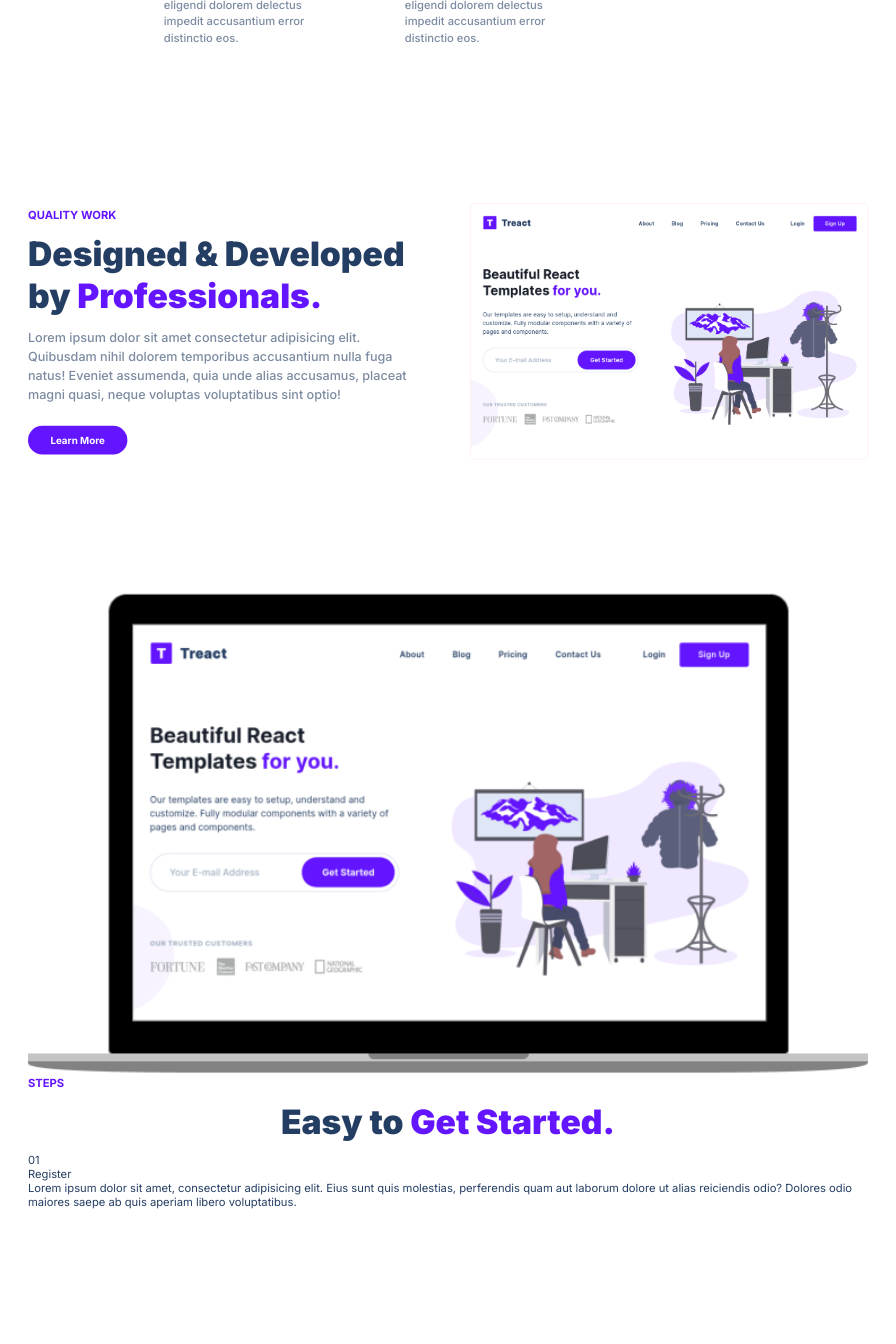
Repository: avivanguyen/m2_fianlProject
Page: index.html
The author's editor kept a copy of each file at every save. The page is drawn from the files as they stood at one save, then again after the next save.
The browser window is 1280 px wide. The pictures show the part of the page from y = 2045 to 3965 px (the page is 3965 px tall before and 3945 px after), at 70% of full size.
Some web libraries are served in a nearby version.

Above is the page before, as saved 2025-12-09 02:21:51.

### index.html
<!DOCTYPE html>
<html lang="en">
<head>
    <meta charset="UTF-8">
    <meta name="viewport" content="width=device-width, initial-scale=1.0">
    <title>Styling Project</title>
    <link rel="stylesheet" href="styles.css">
    <script src="https://kit.fontawesome.com/2588cf0bac.js" crossorigin="anonymous"></script>
</head>
<body>
    <section id="landing">
        <nav>
            <div class="row nav__row">
                <div class="nav__logo">
                    <img src="./assets/logo.2c489fc453a1783cbadacf914efa3df6.svg" alt="logo" class="nav__logo--img">
                    <div class="nav__logo--title">
                        Treact
                    </div>
                </div>
                <div class="nav__links">
                    <a href="" class="nav__link">About</a>
                    <a href="" class="nav__link">Blog</a>
                    <a href="" class="nav__link">Pricing</a>
                    <a href="" class="nav__link">Contact Us</a>
                    <a href="" class="nav__link login">Login</a>
                    <a href="" class="nav__link nav__link--primary">Sign Up</a>
                </div>
            </div>
        </nav>

        <header class="container">
            <div class="row">
                <div class="header__description">
                    <h1>
                        Beautiful React Templates <span class="purple">for you.</span>
                    </h1>
                    <div class="header__description--para">
                        Our templates are easy to setup, understand and customize. Fully modular components with a variety of pages and components.
                    </div>
                    <div class="header__email">
                        <input type="text" class="header__email--input" placeholder="Your E-mail Address">
                        <button class="header__email--btn">Get Started</button>
                    </div>
                    <p class="header__customers--title">OUR TRUSTED CUSTOMERS</p>
                    <img src="./assets/customers-logo-strip.680ac7c2e8ae28161d2c.png" class="header__customers" alt="logos">
                </div>

                <figure class="header__img--wrapper">
                    <img src="./assets/design-illustration-2.6da6a00b20c07c4a9b65d1870679e1b8.svg" alt="hero image" class="header__img">
                </figure>
            </div>
        </header>
    </section>

    <main>
        <section id="features">
            <div class="container">
                <div class="row">
                    <h4 class="section__tag">FEATURES</h4>
                    <h2 class="section__title">
                        We Have Amazing <span class="purple">Service.</span>
                    </h2>
                    <div class="section__para">
                        Lorem ipsum dolor sit amet consectetur adipisicing elit. Maxime facilis assumenda architecto aliquam. Consequatur vero dolorum ut aspernatur quae beatae voluptates quam, nulla assumenda doloremque voluptatum laboriosam dolor unde rem.
                    </div>
                    <div class="features">
                        <div class="feature__row">
                            <figure class="feature__img--wrapper">
                                <img src="./assets/shield-icon.daefe14b320b14fbd9cbd18908ac93ec.svg" alt="" class="feature__img">
                            </figure>
                            <div class="feature__text">
                                <h2 class="feature__title">Secure</h2>
                                <p class="feature__para">
                                    Lorem ipsum dolor sit amet consectetur adipisicing elit. Ea veritatis delectus nihil maxime ipsam hic odio reprehenderit error. Voluptatum, nulla. Quibusdam provident eligendi dolorem delectus impedit accusantium error distinctio eos.
                                </p>
                            </div>
                        </div>
                        <div class="feature__row">
                            <figure class="feature__img--wrapper">
                                <img src="./assets/support-icon.f9253ffa8cb6ffde5bbaa05eb5136375.svg" alt="" class="feature__img">
                            </figure>
                            <div class="feature__text">
                                <h2 class="feature__title">24/7 Support</h2>
                                <p class="feature__para">
                                    Lorem ipsum dolor sit amet consectetur adipisicing elit. Ea veritatis delectus nihil maxime ipsam hic odio reprehenderit error. Voluptatum, nulla. Quibusdam provident eligendi dolorem delectus impedit accusantium error distinctio eos.
                                </p>
                            </div>
                        </div>
                        <div class="feature__row">
                            <figure class="feature__img--wrapper">
                                <img src="./assets/customize-icon.367468c90fd796009b97fbfba67b2c6a.svg" alt="" class="feature__img">
                            </figure>
                            <div class="feature__text">
                                <h2 class="feature__title">Customizable</h2>
                                <p class="feature__para">
                                    Lorem ipsum dolor sit amet consectetur adipisicing elit. Ea veritatis delectus nihil maxime ipsam hic odio reprehenderit error. Voluptatum, nulla. Quibusdam provident eligendi dolorem delectus impedit accusantium error distinctio eos.
                                </p>
                            </div>
                        </div>
                        <div class="feature__row">
                            <figure class="feature__img--wrapper">
                                <img src="./assets/reliable-icon.1367510a8f0a1bec76dc425d25f92f43.svg" alt="" class="feature__img">
                            </figure>
                            <div class="feature__text">
                                <h2 class="feature__title">Reliable</h2>
                                <p class="feature__para">
                                    Lorem ipsum dolor sit amet consectetur adipisicing elit. Ea veritatis delectus nihil maxime ipsam hic odio reprehenderit error. Voluptatum, nulla. Quibusdam provident eligendi dolorem delectus impedit accusantium error distinctio eos.
                                </p>
                            </div>
                        </div>
                        <div class="feature__row">
                            <figure class="feature__img--wrapper">
                                <img src="./assets/fast-icon.dbb971a73d4805d2fc3bcdacdb55beba.svg" alt="" class="feature__img">
                            </figure>
                            <div class="feature__text">
                                <h2 class="feature__title">Fast</h2>
                                <p class="feature__para">
                                    Lorem ipsum dolor sit amet consectetur adipisicing elit. Ea veritatis delectus nihil maxime ipsam hic odio reprehenderit error. Voluptatum, nulla. Quibusdam provident eligendi dolorem delectus impedit accusantium error distinctio eos.
                                </p>
                            </div>
                        </div>
                        <div class="feature__row">
                            <figure class="feature__img--wrapper">
                                <img src="./assets/simple-icon.673b7e1750b2a4ef32907fc164828d00.svg" alt="" class="feature__img">
                            </figure>
                            <div class="feature__text">
                                <h2 class="feature__title">Easy</h2>
                                <p class="feature__para">
                                    Lorem ipsum dolor sit amet consectetur adipisicing elit. Ea veritatis delectus nihil maxime ipsam hic odio reprehenderit error. Voluptatum, nulla. Quibusdam provident eligendi dolorem delectus impedit accusantium error distinctio eos.
                                </p>
                            </div>
                        </div>
                    </div>
                </div>
            </div>
        </section>

        <section id="quality">
            <div class="container">
                <div class="row">
                    <div class="quality__description">
                        <div class="section__tag">QUALITY WORK</div>
                        <h2 class="section__title">Designed & Developed by <span class="purple">Professionals.</span> </h2>
                        <p class="section__para">
                            Lorem ipsum dolor sit amet consectetur adipisicing elit. Quibusdam nihil dolorem temporibus accusantium nulla fuga natus! Eveniet assumenda, quia unde alias accusamus, placeat magni quasi, neque voluptas voluptatibus sint optio!
                        </p>
                        <button class="btn">Learn More</button>
                    </div>
                    <figure class="quality__img--wrapper">
                        <img src="./assets/hero-screenshot-1.40a097b525c2f8c9808e.png" class="quality__img" alt="">
                    </figure>
                </div>
            </div>
        </section>

        <section id="steps">
            <div class="container">
                <div class="row">
                    <figure class="steps__img--wrapper">
                        <img src="./assets/hero-screenshot-2.241aac1fbc66db29d873.png" class="steps__img" alt="">
                    </figure>
                    <div class="steps__description">
                        <div class="section__tag">STEPS</div>
                        <h2 class="section__title">Easy to <span class="purple">Get Started.</span> </h2>
                        <div class="steps__list">
                            <div class="step">
                                <div class="step__number">01</div>
                                <div class="step__description">
                                    <div class="step__title">Register</div>
                                    <div class="step__para">Lorem ipsum dolor sit amet, consectetur adipisicing elit. Eius sunt quis molestias, perferendis quam aut laborum dolore ut alias reiciendis odio? Dolores odio maiores saepe ab quis aperiam libero voluptatibus.</div>
                                </div>
                            </div>
                        </div>
                    </div>
                </div>
            </div>
        </section>
    </main>
</body>
</html>

### styles.css
@import url('https://fonts.googleapis.com/css2?family=Inter:ital,opsz,wght@0,14..32,100..900;1,14..32,100..900&display=swap');
*{
    padding: 0;
    margin: 0;
    font-family: "Inter", sans-serif;
    color: #243e63;
    box-sizing: border-box;
}

section {
    padding: 0 32px;
}

a {
    text-decoration: none;
}

.row {
    max-width: 1200px;
    margin: 0 auto;
    width: 100%;
}

.purple {
    color: #6415ff;
}

p {
    line-height: 1.5;
}

button {
    cursor: pointer;
}

.btn {
    background-color: #6415ff;
    color: white;
    padding: 12px 32px;
    border-radius: 500px;
    border: none;
    font-size: 14px;
    font-weight: bold;
    cursor: pointer;
}

img {
    width: 100%;
}

.container {
    padding: 96px 0;
}

.section__para {
    color: #7c8ba1;
    font-size: 18px;
    font-weight: 500;
    line-height: 1.5;
}

/*
Navigation styling
*/

nav {
    display: flex;
    padding-top: 32px;
}

.nav__row {
    display: flex;
    justify-content: space-between;
}

.nav__logo {
    display: flex;
    align-items: center;
    margin: 8px 0;
    padding-bottom: 4px;
}

.nav__logo--img {
    width: 40px;
}

.nav__logo--title {
    font-size: 20px;
    font-weight: 900;
    margin-left: 12px;
    padding-bottom: 2px;
}

.nav__links {
    display: flex;
    align-items: center;
    padding-bottom: 2px;
}

.nav__link {
    font-size: 14px;
    font-weight: 600;
    padding-top: 4px;
    border-bottom: 2px solid transparent;
    position: relative;
    margin: 0 24px;
}

.login {
    margin-left: 48px;
}

.nav__link--primary {
    background-color: #6415ff;
    color: white;
    margin: 0;
    margin-top: 2px;
    padding: 10px 20px;
    border-radius: 9999px;
    border: none;
    width: auto;
}

/*
Header styling
*/

header {
    position: relative;
}

header .row {
    display: flex;
    justify-content: space-between;
    align-items: flex-end;
}

.header__description {
    width: 40%;
}

h1 {
    color: #1a202c;
    font-size: 36px;
    line-height: 1.25;
}

.header__description--para {
    font-size: 16px;
    margin: 32px 0;
}

.header__email {
    display: flex;
    justify-content: flex-end;
    align-items: center;
    width: 100%;
    max-width: 448px;
    height: 68px;
    position: relative;
}

.header__email--input {
    color: rgb(36, 62, 99);
    width: 100%;
    padding: 20px 192px 20px 32px;
    border-radius: 500px;
    border: 2px solid rgb(299, 231, 235);
    font-size: 16px;
    font-weight: 500;
    position: absolute;
    z-index: 1;
}

.header__email--btn {
    background-color: #6415ff;
    color: white;
    width: 160px;
    height: calc(100% - 16px);
    margin: 8px;
    border-radius: 500px;
    border: none;
    font-size: 16px;
    font-weight: 700;
    z-index: 2;
}

.header__customers {
    padding-right: 64px;
    margin-top: 16px;
    opacity: 0.5;
}

.header__customers--title {
    color: #a0aec0;
    font-size: 12px;
    font-weight: 700;
    margin-top: 80px;
}

.header__img--wrapper {
    display: flex;
    justify-content: flex-end;
    width: calc(100% - 40%);
}

.header__img {
    width: 100%;
    max-width: 512px;
}

/*
Features styling
*/

#features {
    position: relative;
}

.container {
    padding: 96px 0;
}

#features .row {
    width: 100%;
    max-width: 1024px;
    margin: 0 auto;
    display: flex;
    flex-direction: column;
    align-items: center;
}

.section__tag {
    color: #6415ff;
    font-size: 16px;
    font-weight: 700;
}

.section__title {
    color: rgb(36, 62, 99);
    margin: 16px 0;
    text-align: center;
    font-size: 48px;
    font-weight: 900;
}

#features .section__para {
    text-align: center;
    max-width: 576px;
}

.features {
    display: flex;
    flex-wrap: wrap;
    margin-top: 40px;
}

.feature {
    width: calc(100% / 3);
}

.feature__row {
    display: flex;
    align-items: flex-start;
    padding: 32px 24px;
}

.feature__img--wrapper {
    display: flex;
    padding: 20px;
    border: 1px solid #e5e7eb;
    border-radius: 50%;
}

.feature__img {
    width: 24px;
    height: 24px;
}

.feature__text {
    margin-top: 8px;
    margin-left: 16px;
    display: flex;
    flex-direction: column;
}

.feature__para {
    color: rgb(124, 139, 161);
    margin-top: 16px;
    font-size: 16px;
    max-width: calc(643px / 3);
    font-weight: 500;
    line-height: 1.5;
}

main {
    margin-bottom: 96px;
}

/*
Quality styling
*/

#quality .row {
    display: flex;
    justify-content: space-between;
    align-items: center;
}

.quality__description {
    max-width: 570px;
    margin-right: 64px;
}

.quality__description,
.quality__img--wrapper {
    width: 50%;
}

#quality .section__title {
    line-height: 1.25;
    text-align: left;
}

#quality .btn {
    margin-top: 32px; /*space between the button and para*/
}

.quality__img--wrapper {
    display: flex;
    border: 1px solid rgb(299, 231, 235);
    border-radius: 4px;
    position: relative;
}

After the next save:
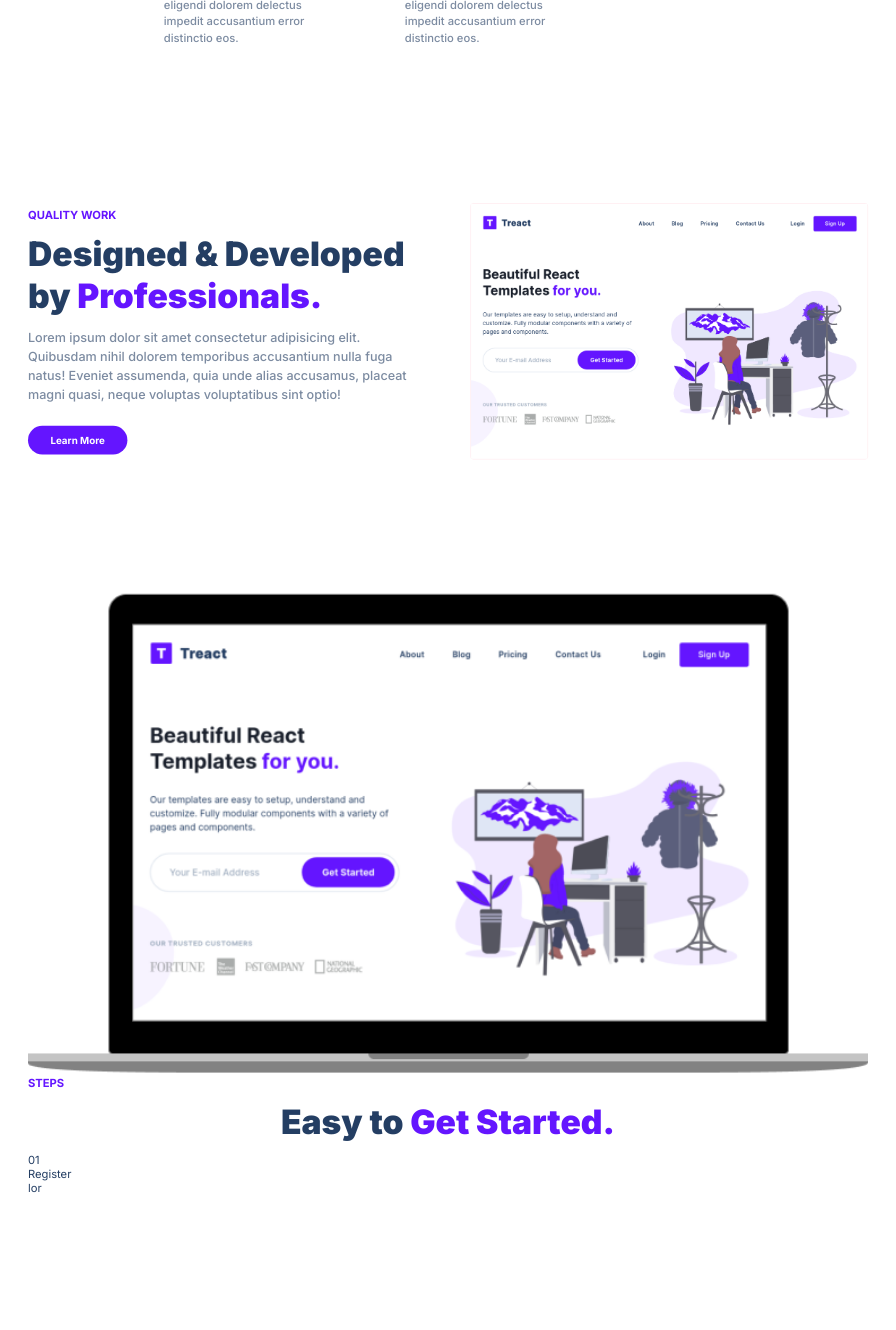
Saved 9 s later.
--- a/index.html
+++ b/index.html
@@ -167,7 +167,7 @@
                                 <div class="step__number">01</div>
                                 <div class="step__description">
                                     <div class="step__title">Register</div>
-                                    <div class="step__para">Lorem ipsum dolor sit amet, consectetur adipisicing elit. Eius sunt quis molestias, perferendis quam aut laborum dolore ut alias reiciendis odio? Dolores odio maiores saepe ab quis aperiam libero voluptatibus.</div>
+                                    <div class="step__para">lor</div>
                                 </div>
                             </div>
                         </div>
